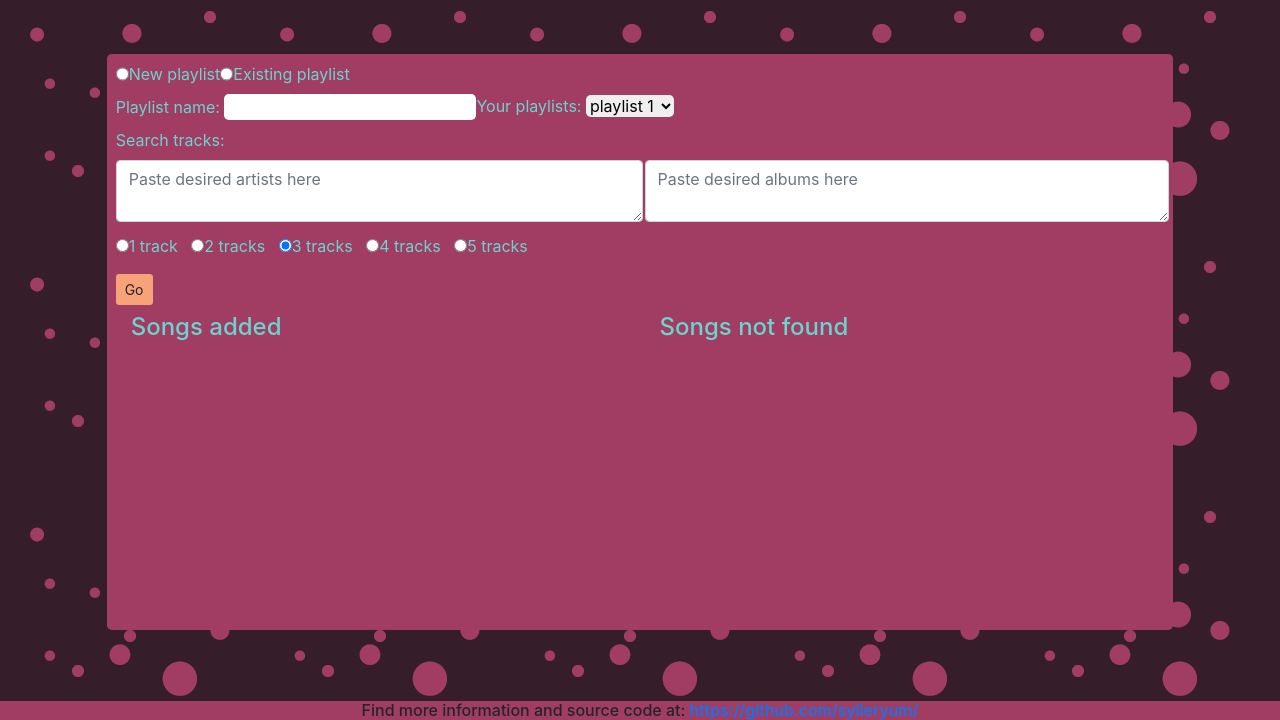
Repository: sylleryum/Frontend
Page: GetTopTracks/index.html
These files come from the project's save history. The page is drawn as it stood at one moment and after a run of saves; the edit follows.
The browser window is 1280 px wide. The pictures show the whole page.
The pointer rests on the first visible `button`.

Above is the page before, as saved 2019-10-13 17:47:38.

### GetTopTracks/index.html
<!doctype html>
<html lang="en">

<head>
     <title>Get top tracks from Artists and albums</title>
     <!-- Required meta tags -->
     <meta charset="utf-8">
     <meta name="viewport" content="width=device-width, initial-scale=1, shrink-to-fit=no">

     <!-- Bootstrap CSS -->
     <link rel="stylesheet" href="https://stackpath.bootstrapcdn.com/bootstrap/4.3.1/css/bootstrap.min.css"
          integrity="sha384-ggOyR0iXCbMQv3Xipma34MD+dH/1fQ784/j6cY/iJTQUOhcWr7x9JvoRxT2MZw1T" crossorigin="anonymous">

     <!-- main CSS-->
     <link rel="stylesheet" href="style.css">

</head>

<body class="background-master">
     <form action="searchTrack" id="submit-btn" onsubmit="return validation()">
          <div class="container-fluid h-95">
               <div class="row align-items-center justify-content-center h-95">
                    <div class="h-80 col col-md-10 bg-4 text-1 rounded-lg pl-4 pt-2 overflow-auto"  id="internal-container">

                         <div class="row main-select pb-2">
                              <input type="radio" id="rNew" name="playlistRadio" value="new"
                                   onchange="radioChecker()">New
                              playlist
                              <input type="radio" id="rExisting" name="playlistRadio" value="existing"
                                   onchange="radioChecker()">Existing
                              playlist
                         </div>
                         <div class="row main-playlist pb-2">
                              <div id="new-playlist" class="block-style">
                                   Playlist name: <input type="text" class="rounded-lg border-0" id="playlistName"
                                        name="playlistName" />
                              </div>
                              <div id="existing-playlist" class="block-style">
                                   <span>Your playlists:</span>
                                   <select name="selectPlaylist" class="rounded-lg border-0">
                                        <option>playlist 1</option>
                                        <option>playlist 2</option>
                                        <option>playlist 3</option>
                                        <option>playlist 4</option>
                                        <!-- <c:forEach var="items" items="${playlists}">
                                        <option value="${items.getId()}">${items.getName()}</option>
                                   </c:forEach> -->
                                   </select>
                              </div>
                         </div>
                         <div class="row pb-2">
                              Search tracks:
                         </div>
                         <div class="row main-textarea form-group pr-1 mb-0 pb-2">
                              <div class="col-md-6 p-0 mb-1">
                                   <textarea class="textarea-search form-control md-textarea" id="searchNameArtist"
                                        name="searchNameArtist" placeholder="Paste desired artists here"></textarea>
                              </div>
                              <div class="col-md-6 p-0 small-padding">
                                   <textarea class="textarea-search form-control md-textarea" id="searchNameAlbum"
                                        name="searchNameAlbum" placeholder="Paste desired albums here"></textarea>
                              </div>
                         </div>
                         <div class="row track-amount pb-2">
                              <label><input type="radio" id="rAmount1" name="playlistRadio" value="rAmount2" onchange="">1 track&nbsp;&nbsp;&nbsp;</label>
                              <label><input type="radio" id="rAmount2" name="playlistRadio" value="rAmount2" onchange="">2 tracks&nbsp;&nbsp;&nbsp;</label>
                              <label><input type="radio" id="rAmount3" name="playlistRadio" value="rAmount3" checked onchange="">3 tracks&nbsp;&nbsp;&nbsp;</label>
                              <label><input type="radio" id="rAmount4" name="playlistRadio" value="rAmount4" onchange="">4 tracks&nbsp;&nbsp;&nbsp;</label>
                              <label><input type="radio" id="rAmount5" name="playlistRadio" value="rAmount4" onchange="">5 tracks&nbsp;&nbsp;&nbsp;</label>
                         </div>
                         <div class="row main-go pb-2">
                              <button type="submit" class="btn bg-3 btn-sm" id="submit-button">
                                   Go
                              </button>
                         </div>

                         <div class="row results-menu">
                              <div class="success col-md-6">
                                   <h4>Songs added</h4>

                              </div>
                              <div class="failure col-md-6">
                                   <h4>Songs not found</h4>

                              </div>
                         </div>

                    </div>

               </div>

          </div>
     </form>
     <footer class="text-center m-0 p-0 bg-4 footer-clear">
          <h6 class="p-0 m-0 text-w">Find more information and source code at: <a href="https://github.com/sylleryum/">
                    https://github.com/sylleryum/</a></h6>

     </footer>







     <!-- Optional JavaScript -->
     <!-- jQuery first, then Popper.js, then Bootstrap JS -->
     <script src="https://code.jquery.com/jquery-3.3.1.slim.min.js"
          integrity="sha384-q8i/X+965DzO0rT7abK41JStQIAqVgRVzpbzo5smXKp4YfRvH+8abtTE1Pi6jizo"
          crossorigin="anonymous"></script>
     <script src="https://cdnjs.cloudflare.com/ajax/libs/popper.js/1.14.7/umd/popper.min.js"
          integrity="sha384-UO2eT0CpHqdSJQ6hJty5KVphtPhzWj9WO1clHTMGa3JDZwrnQq4sF86dIHNDz0W1"
          crossorigin="anonymous"></script>
     <script src="https://stackpath.bootstrapcdn.com/bootstrap/4.3.1/js/bootstrap.min.js"
          integrity="sha384-JjSmVgyd0p3pXB1rRibZUAYoIIy6OrQ6VrjIEaFf/nJGzIxFDsf4x0xIM+B07jRM"
          crossorigin="anonymous"></script>
</body>

</html>

### GetTopTracks/style.css
.footer-clear {
     width: 100%;
     position: fixed;
     bottom: 0%;
}

.background-master {
     background: url(images/bb.png) repeat;
}


button:hover {
     background-color: #5d6986;
     text-decoration: underline;
 }

.h-100 {
     min-height: 100vh;
}

.h-95 {
     min-height: 95vh;
}

.h-80 {
     min-height: 80vh;
     max-height: 90vh;
}

.bg-1 {
     background: #6dd3ce!important
}

.bg-2 {
     background: #c8e9a0!important
}

.bg-3 {
     background: #f7a278!important
}

.bg-4 {
     background: #a13d63!important
}

.bg-5 {
     background: #351e29!important
}

.text-1 {
     color: #6dd3ce!important
}

.text-2 {
     color: #c8e9a0!important
}

.text-3 {
     color: #f7a278!important
}

.text-4 {
     color: #a13d63!important
}

.text-5 {
     color: #351e29!important
}

@media screen and (min-width: 767px) {
     .small-padding {
          padding-left: 2px!important;
     }
}

After the next 2 saves:
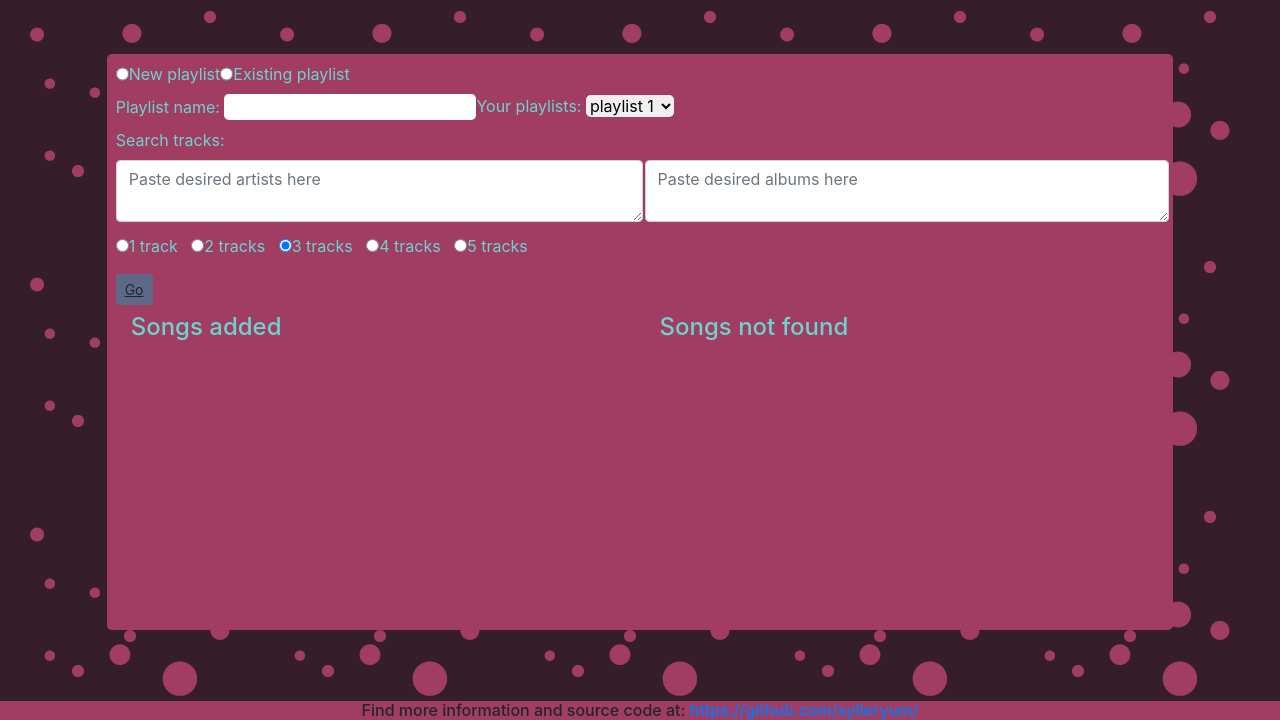
The 2 saves are shown as one change because they came seconds apart.
The last was saved 7 s later.
--- a/GetTopTracks/style.css
+++ b/GetTopTracks/style.css
@@ -10,8 +10,8 @@
 
 
 button:hover {
-     background-color: #5d6986;
-     text-decoration: underline;
+     background-color: #5d6986!important;
+     text-decoration: underline!important;
  }
 
 .h-100 {
